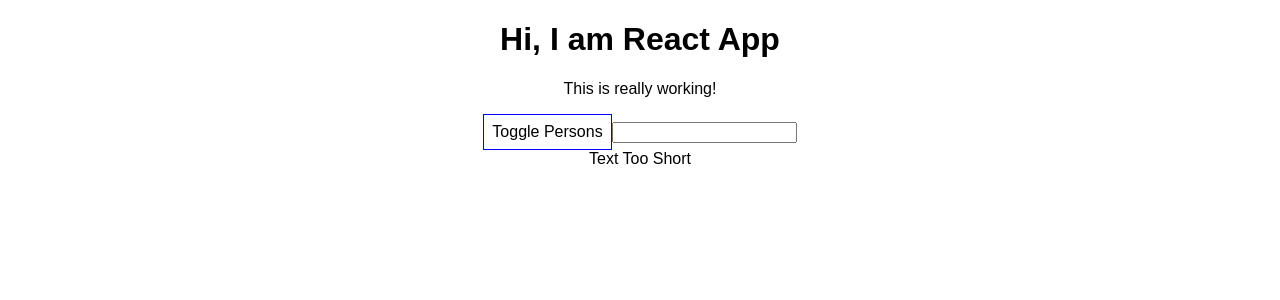
Repository: AbdulMutaal/React-Complete-Guide
Page: /
These files come from the project's save history. The page is drawn as it stood at one moment and after the next save; the edit follows.
The browser window is 1280 px wide. The pictures show the whole page.
The project was rebuilt for these pictures with package versions that can differ from the ones it lists, and the page was loaded fresh each time. Also part of the build but not shown: src/Person/Person.js, src/CharComponent/CharComponent.js.

Above is the page before, as saved 2021-11-29 20:42:37.

### src/App.js
import React, { Component } from 'react';
import './App.css';
import Person from './Person/Person';
import Validation from './ValidationComponent/ValidationComponent';
import CharComponent from './CharComponent/CharComponent';


class App extends Component {
  state = {
    persons: [
      { id: 1, name: 'Max', age: 28},
      { id: 2, name: 'Manu', age: 29},
      { id: 3, name: 'Stephanie', age: 26}
    ],
    othersState: 'some other value',
    personsState: false,
    text: '',
    textLength: null
  }

  switchNameHandler = () => {
    this.setState( {
      persons: [
        {name: 'Maximilian', age: 28},
        {name: 'Manu', age: 29},
        {name: 'Stephanie', age: 27}
      ]
    });
  };

  nameChangedHandler = (event, id) => {
    let personIndex = this.state.persons.findIndex(p => {
      return p.id === id;
    });

    let person = {
      ...this.state.persons[personIndex]
    };

    person.name = event.target.value;

    let persons = [...this.state.persons];

    persons[personIndex] = person;

    this.setState({persons: persons});
  }

  togglePersons = () => {
    let tempPersonsState = this.state.personsState;
    this.setState({personsState: !tempPersonsState});
  }

  deletePerson = (personIndex) => {
    let person = [...this.state.persons];
    person.splice(personIndex, 1);

    this.setState({persons: person});
  }

  textChangedHandler = (e) => {
    let textLength = e.target.value.length;

    this.setState({text: e.target.value});
    this.setState({textLength: textLength});
  }

  charChangedHandler = (e, charIndex) => {
    const text = this.state.text.split('');
    text.splice(charIndex, 1);

    const updatedText = text.join('');
    this.setState({text: updatedText});
  }

  render () {
    const charComponent = this.state.text.split('').map((t, index) => {
      return (<CharComponent textChar={t}
              clicked={(e) => this.charChangedHandler(e, index)} />
      )
    });

    const style = {
      backgroundColor: 'white',
      font: 'inherit',
      border: '1px solid blue',
      padding: '8px',
      cursor: 'pointer'
    };

    let person = null;

    if (this.state.personsState) {
      person = (
        <div>
          {this.state.persons.map((person, index) => {
          return <Person
            click={() => this.deletePerson(index)}
            name={person.name}
            age={person.age}
            key={person.id}
            click={(event) => this.nameChangedHandler(event, person.id)}/>
        })}
        </div>

      );
    }

    return (
      <div className="App">
        <h1>Hi, I am React App</h1>
        <p>This is really working!</p>
        <button
          style={style}
          onClick={this.togglePersons}>
            Toggle Persons
          </button>
        { this.state.personsState ?
          person : null}
        <input type='text' onChange={(e) => this.textChangedHandler(e)} value={this.state.text} />
        {this.state.textLength}

        <Validation textLength={this.state.textLength} />
        {charComponent}
      </div>
    );
  }
}

export default App;

### src/ValidationComponent/ValidationComponent.js
import React from 'react';

const Validation = props => {
    let textMsg = 'Text Too Short';

    if (props.textLength > 5) {
        textMsg = 'Text long enough';
    }

    return(
        <div>
            {textMsg}
        </div>
    );
}

export default Validation;

Loaded but not shown: public/index.html (common file); src/index.js (common file); src/index.css (common file); src/registerServiceWorker.js (common file); src/App.css (common file)

After the next save:
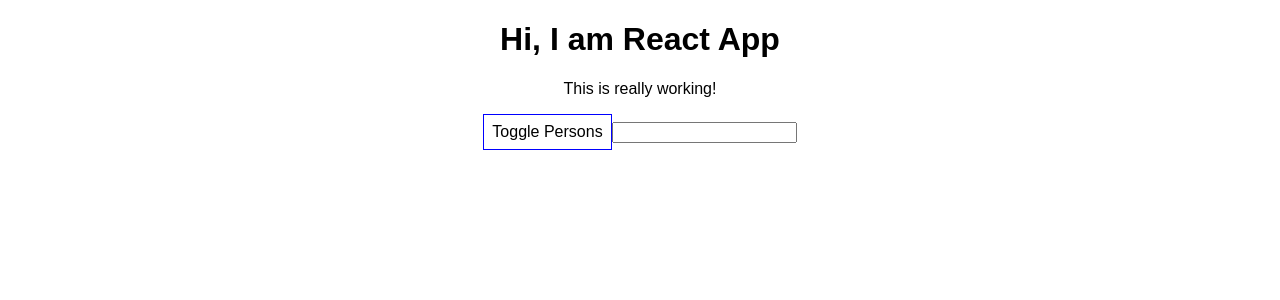
Saved 2 min 22 s later.
--- a/src/App.js
+++ b/src/App.js
@@ -119,9 +119,8 @@ class App extends Component {
           person : null}
         <input type='text' onChange={(e) => this.textChangedHandler(e)} value={this.state.text} />
         {this.state.textLength}
-
-        <Validation textLength={this.state.textLength} />
-        {charComponent}
+        {/* <Validation textLength={this.state.textLength} /> */}
+        {/* {charComponent} */}
       </div>
     );
   }
